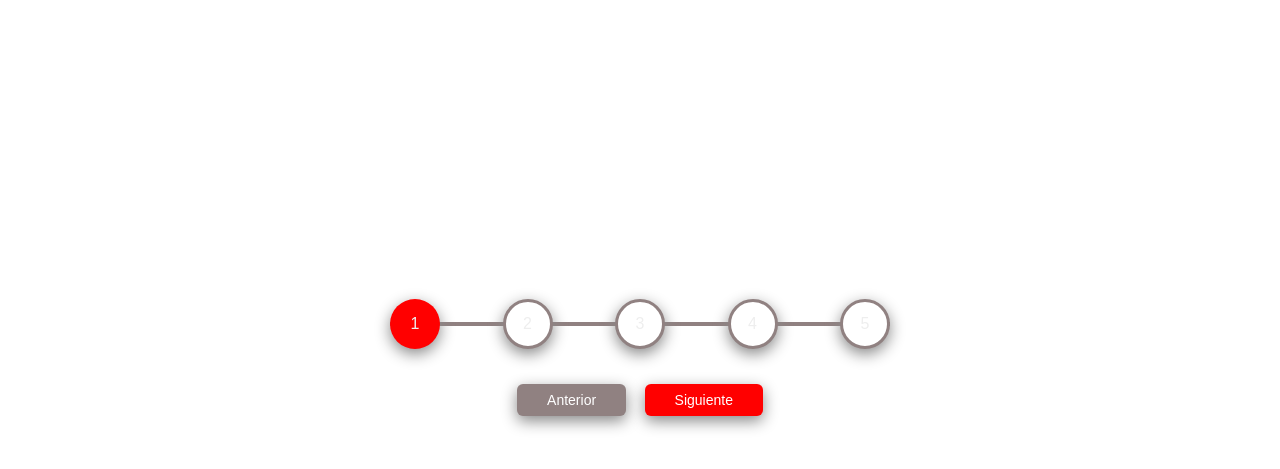
Repository: ElideZavala/Linea-de-tiempo
Page: index.html
The author's editor kept a copy of each file at every save. The page is drawn from the files as they stood at one save, then again after a run of saves.
The browser window is 1280 px wide. The pictures show the whole page.
Some web fonts or font styles are not loaded; a fallback is used.

Above is the page before, as saved 2021-05-28 10:08:06.

After the next 2 saves:
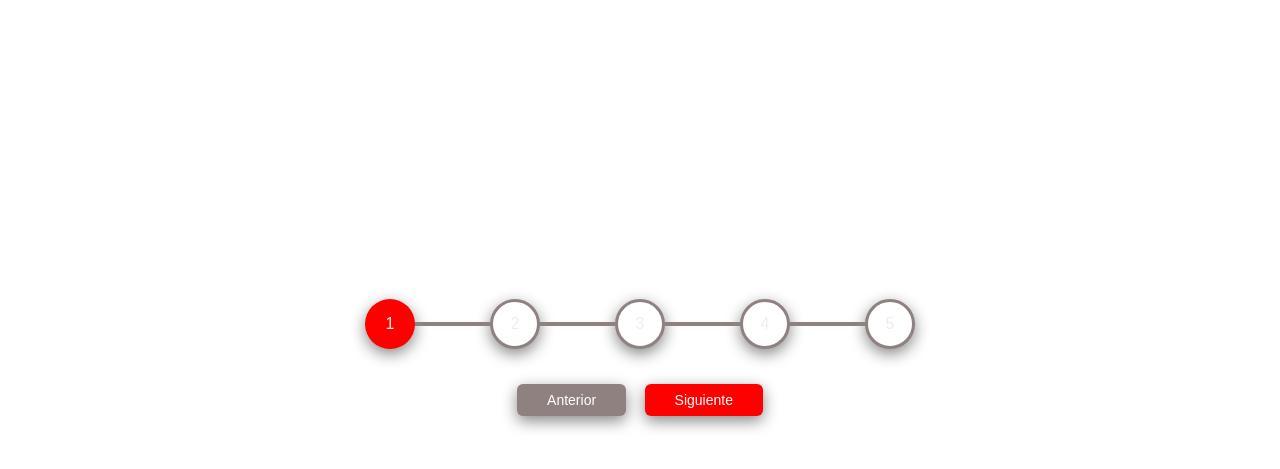
The 2 saves are shown as one change because they came seconds apart.
The last was saved 7 s later.
--- a/style.css
+++ b/style.css
@@ -32,7 +32,7 @@ body {
 	position: relative;
 	margin-bottom: 30px;
 	max-width: 100%;
-	width: 500px;
+	width: 550px;
 }
 
 .progress-container::before {
